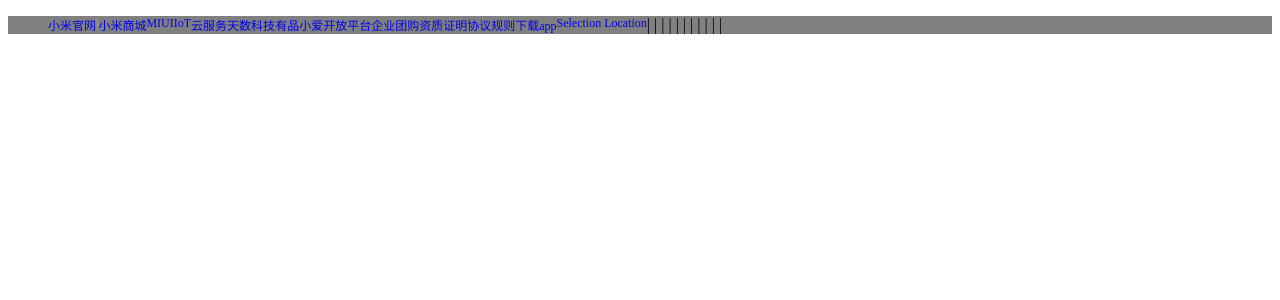
Repository: MonoYan/Mi-Homepage
Page: index.html
An editor plug-in stored every save of this project. The page is shown before and after the next save, followed by the edit.
The browser window is 1280 px wide. The pictures show the whole page.

Above is the page before, as saved 2022-11-22 16:26:21.

After the next save:
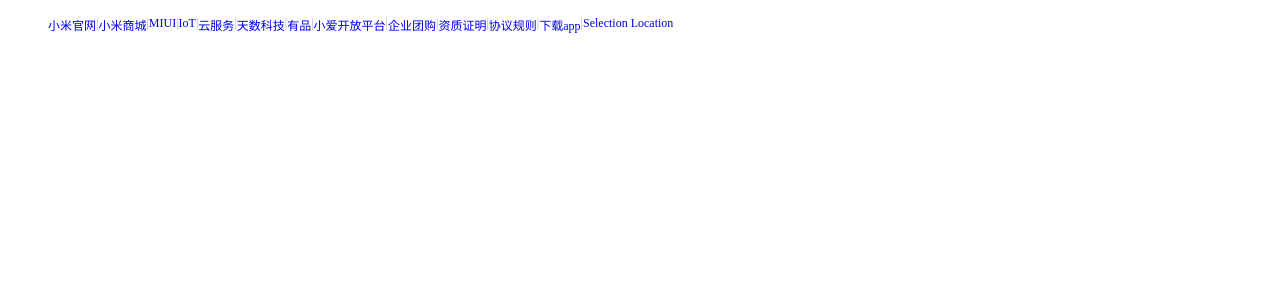
Saved 60 s later.
--- a/index.html
+++ b/index.html
@@ -17,27 +17,27 @@
                 <li><a class="no-decoration" href="#">小米官网</a></li>
                 <li><span class="sep">|</span></li>
                 <li><a class="no-decoration" href="#">小米商城</a></li>
-                <span class="sep">|</span>
+<li><span class="sep">|</span></li>
                 <li><a class="no-decoration" href="#">MIUI</a></li>
-                <span class="sep">|</span>
+<li><span class="sep">|</span></li>
                 <li><a class="no-decoration" href="#">IoT</a></li>
-                <span class="sep">|</span>
+<li><span class="sep">|</span></li>
                 <li><a class="no-decoration" href="#">云服务</a></li>
-                <span class="sep">|</span>
+<li><span class="sep">|</span></li>
                 <li><a class="no-decoration" href="#">天数科技</a></li>
-                <span class="sep">|</span>
+<li><span class="sep">|</span></li>
                 <li><a class="no-decoration" href="#">有品</a></li>
-                <span class="sep">|</span>
+<li><span class="sep">|</span></li>
                 <li><a class="no-decoration" href="#">小爱开放平台</a></li>
-                <span class="sep">|</span>
+<li><span class="sep">|</span></li>
                 <li><a class="no-decoration" href="#">企业团购</a></li>
-                <span class="sep">|</span>
+<li><span class="sep">|</span></li>
                 <li><a class="no-decoration" href="#">资质证明</a></li>
-                <span class="sep">|</span>
+<li><span class="sep">|</span></li>
                 <li><a class="no-decoration" href="#">协议规则</a></li>
-                <span class="sep">|</span>
+<li><span class="sep">|</span></li>
                 <li><a class="no-decoration" href="#">下载app</a></li>
-                <span class="sep">|</span>
+<li><span class="sep">|</span></li>
                 <li><a class="no-decoration" href="#">Selection Location</a></li>
             </ul>
         </div>
